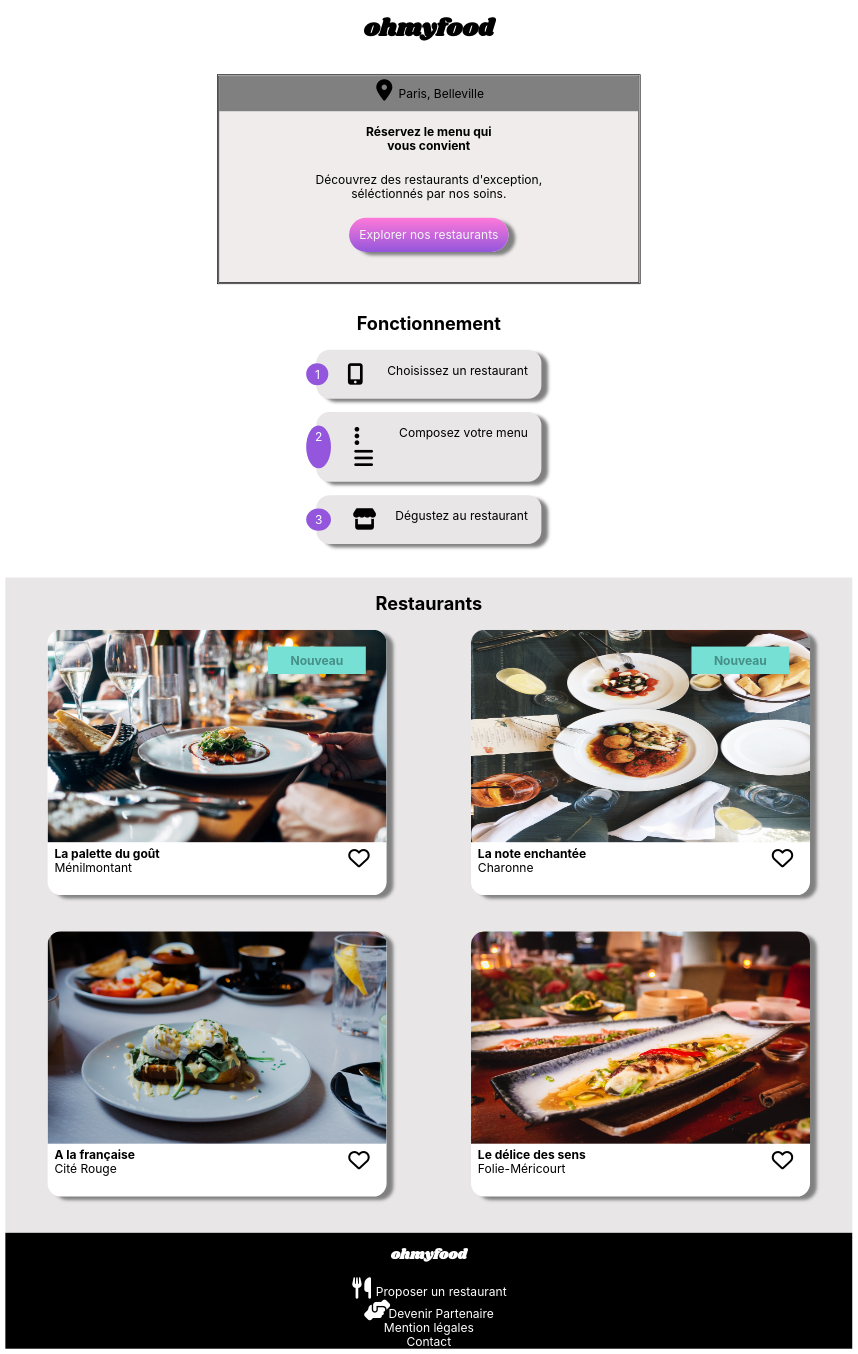
Repository: yacinebouk/ohmyfood
Page: index.html
These files come from the project's save history. The page is drawn as it stood at one moment and after the next save; the edit follows.
The browser window is 1280 px wide. The pictures show the whole page, at 67% of full size.
Some web libraries are served in a nearby version. The style sheet was rebuilt from its Sass, Less or Tailwind sources for each picture, by a compiler version that may differ from the author's.

Above is the page before, as saved 2022-07-07 17:09:32.

### index.html
<!DOCTYPE html>
<html lang="fr">

<head>
    <script src="https://kit.fontawesome.com/225bbe1e2d.js" crossorigin="anonymous"></script>
    <meta charset="utf-8" />
    <title>ohmyfood</title>
    <link rel="stylesheet" href="css/styles.css" />
    <meta name="viewport" content="width=device-width, initial-scale=1">

</head>

<body>
    <div class="hide">
        <div class="loader"></div>
    </div>
    <main>
        <header>
            <h1 class="Tittle">ohmyfood</h1>
            <div class="search">
                <div class="town"> <span><i class="fa-solid fa-location-dot"></i></span> Paris, Belleville</div>
                <div class="reservation"> <b> Réservez le menu qui <br> vous convient</b> </div>
                <div class="discover">Découvrez des restaurants d'exception, <br> séléctionnés par nos soins.</div>
                <div class="explore">
                    <span class="explore-text">Explorer nos restaurants</span>
                </div>
            </div>
        </header>
        <section class="section-working">
            <div class="working">
                <h2>Fonctionnement</h2>
                <div class="choose">
                    <div class="number">1</div>
                    <div class="logo-work"> <i class="fa-solid fa-mobile-screen-button"></i></div>
                    <div class="text-work"> Choisissez un restaurant</div>
                </div>
                <div class="compose">
                    <div class="number">2</div>
                    <div class="logo-work"><i class="fa-solid fa-ellipsis-vertical"><i class="fa-solid fa-bars"></i></i>
                    </div>
                    <div class="text-work"> Composez votre menu</div>
                </div>
                <div class="taste">
                    <div class="number">3</div>
                    <div class="logo-work"><i class="fa-solid fa-store"></i>
                    </div>
                    <div class="text-work"> Dégustez au restaurant</div>
                </div>
            </div>
        </section>
        <section class="section-restaurant">
            <div class="restaurant">
                <h2>Restaurants</h2>
                <div class="block-restaurant">
                    <div class="border-restaurant">
                        <div class="block-picture">
                            <div class="new"><b>Nouveau</b></div>
                            <div class="picture-restaurant"> <img src="./images/restaurants/jay-wennington-N_Y88TWmGwA-unsplash.jpg" style="height:100%;width: 100%" alt="Ohmyfood"></div>
                        </div>
                        <div class="block-text">
                            <div class="text">
                                <a href="./palette.html">
                                    <div class="title-restaurant"><b> La palette du goût</b>
                                    </div>
                                    <div class="place-restaurant"> Ménilmontant</div>
                                </a>
                            </div>
                            <div class="heart">
                                <button>
                                <span class="heart-regular"><i class="fa-regular fa-heart"></i></span>
                                <span class="heart-solid"><i class="fa-solid fa-heart"></i></span>
                                </button>
                            </div>
                        </div>
                    </div>
                    <div class="border-restaurant">
                        <div class="block-picture">
                            <div class="new"><b>Nouveau</b></div>
                            <div class="picture-restaurant"> <img src="./images/restaurants/stil-u2Lp8tXIcjw-unsplash.jpg" style="height:100%;width: 100%" alt="Ohmyfood"></div>
                        </div>
                        <div class="block-text">
                            <div class="text">
                                <a href="./noteenchanté.html">
                                    <div class="title-restaurant"><b> La note enchantée</b>
                                    </div>
                                    <div class="place-restaurant"> Charonne</div>
                                </a>
                            </div>
                            <div class="heart">
                                <span class="heart-regular"><i class="fa-regular fa-heart"></i></span>
                                <span class="heart-solid"><i class="fa-solid fa-heart"></i></span>
                            </div>
                        </div>
                    </div>
                    <div class="border-restaurant">
                        <div class="block-picture">
                            <div class="picture-restaurant"> <img src="./images/restaurants/toa-heftiba-DQKerTsQwi0-unsplash.jpg" style="height:100%;width: 100%" alt="Ohmyfood"></div>
                        </div>
                        <div class="block-text">
                            <div class="text">
                                <a href="./francaise.html">
                                    <div class="title-restaurant"><b>A la française</b>
                                    </div>
                                    <div class="place-restaurant"> Cité Rouge</div>
                                </a>
                            </div>
                            <div class="heart">
                                <span class="heart-regular"><i class="fa-regular fa-heart"></i></span>
                                <span class="heart-solid"><i class="fa-solid fa-heart"></i></span>
                            </div>
                        </div>
                    </div>
                    <div class="border-restaurant">
                        <div class="block-picture">
                            <div class="picture-restaurant"> <img src="./images/restaurants/louis-hansel-shotsoflouis-qNBGVyOCY8Q-unsplash.jpg" style="height:100%;width: 100%" alt="Ohmyfood"></div>
                        </div>
                        <div class="block-text">
                            <div class="text">
                                <a href="./ledélice.html">
                                    <div class="title-restaurant"><b>Le délice des sens</b></div>
                                    <div class="place-restaurant">Folie-Méricourt</div>
                                </a>
                            </div>
                            <div class="heart">
                                <span class="heart-regular"><i class="fa-regular fa-heart"></i></span>
                                <span class="heart-solid"><i class="fa-solid fa-heart"></i></span>
                            </div>
                        </div>
                    </div>
                </div>
            </div>
        </section>
        <footer>
            <div class="frame-end">
                <h3 class="little-tittle">ohmyfood </h3>
                <div class="end">
                    <div class="propose"> <i class="fa-solid fa-utensils"></i> Proposer un restaurant</div>
                    <div class="partner"> <i class="fa-solid fa-handshake-angle"></i> Devenir Partenaire</div>
                    <div class="mention">Mention légales</div>
                    <div class="contact">
                        <a href="mailto:yacineboukhari@hotmail.com">Contact</a></div>
                </div>
            </div>
        </footer>
    </main>
</body>

### style/styles.scss
main {
    font-size: 18px;
    font-family: -apple-system, BlinkMacSystemFont, 'Segoe UI', Roboto, Oxygen, Ubuntu, Cantarell, 'Open Sans', 'Helvetica Neue', sans-serif;
}

@font-face {
    font-family: 'Shrikhand';
    src: url('../language/Shrikhand-Regular.otf');
}

h1 {
    font-family: 'Shrikhand';
}

h3 {
    font-family: 'Shrikhand';
}

h2 {
    text-align: center;
}

header {
    text-align: center;
}

@mixin shadow {
    box-shadow: grey 10px 5px 5px;
}

@mixin block {
    display: flex;
    flex-direction: row;
    justify-content: space-between;
    padding-bottom: 40px;
    @include shadow;
    background-color: rgb(232, 230, 230);
    border-radius: 20px 20px;
    padding: 20px 20px 20px 0px;
    width: 25%;
    margin: auto;
}

.logo-img {
    padding-bottom: 20px;
}

.search {
    border: double;
    margin-left: 25%;
    margin-right: 25%;
    background-color: rgb(240, 236, 236);
    padding-bottom: 20px;
}

.town {
    padding-bottom: 15px;
    border-bottom: lightgray 2px;
    padding-top: 5px;
    background-color: grey;
}

.reservation {
    padding-top: 20px;
    padding-bottom: 30px
}

.discover {
    padding-bottom: 40px;
}

.explore {
    padding-bottom: 40px;
}

.explore span {
    @include shadow;
    background: linear-gradient(#FF79DA, #9356DC);
    border-radius: 50px 50px;
    padding: 15px;
    color: #f6f6f6;
}

.working {
    padding-top: 20px;
    display: flex;
    justify-content: center;
    flex-direction: column;
}

.number {
    border: #9356DC solid;
    border-radius: 50%;
    background-color: #9356DC;
    padding: 3px 10px 3px 10px;
    color: white;
    margin-left: -15px;
}

.choose {
    @include block;
    margin-bottom: 20px;
    &:hover {
        .logo-work {
            color: #9356DC;
        }
        background-color: #d8cee4;
    }
}

.compose {
    @include block;
    margin-bottom: 20px;
    &:hover {
        .logo-work {
            color: #9356DC;
        }
        background-color: #d8cee4;
    }
}

.taste {
    @include block;
    margin-bottom: 50px;
    &:hover {
        .logo-work {
            color: #9356DC;
        }
        background-color: #d8cee4;
    }
}

.section-restaurant {
    display: flex;
    flex-direction: column;
    background-color: rgb(232, 230, 230);
}

h1 {
    text-align: center;
    padding-bottom: 20px;
}

.block-restaurant {
    display: flex;
    flex-wrap: wrap;
    height: 900px;
    width: 100%;
    justify-content: space-around;
}

.border-restaurant {
    width: 40%;
    height: 44%;
    overflow: hidden;
    @include shadow;
    background-color: white;
    border-radius: 20px 20px;
}

.picture-restaurant {
    height: 80%;
}

.text {
    padding-left: 10px;
    display: flex;
    flex-direction: column;
    width: 100%;
}

.text a {
    text-decoration: none black;
    color: black;
}

.block-text {
    display: flex;
    place-items: flex-end;
    justify-content: space-between;
}

//
.heart {
    height: 100%;
    width: 100px;
    margin-bottom: auto;
    min-height: 48px;
    display: flex;
    justify-content: center;
    align-items: center;
    cursor: pointer;
    button {
        width: 100%;
        height: 100%;
        background-color: transparent;
        background-repeat: no-repeat;
        display: flex;
        justify-content: center;
        align-items: center;
        cursor: pointer;
        border: none;
        cursor: pointer;
        overflow: hidden;
        outline: none;
        &:focus {
            .heart-solid {
                animation: 3s colorin;
                display: flex;
            }
            .heart-regular {
                display: none;
            }
        }
    }
}

.heart-solid {
    display: none;
    font-weight: 900;
    background-clip: text;
    -webkit-background-clip: text;
    -moz-background-clip: text;
    background-image: linear-gradient(#9356DC, #FF79DA);
    -webkit-text-fill-color: transparent;
}

i {
    width: 32px;
    height: 32px;
    font-size: 32px;
}

@keyframes colorin {
    0% {
        visibility: hidden;
        opacity: 0;
    }
    100% {
        visibility: visible;
        opacity: 1;
    }
}

//
@keyframes fadeIn {
    0% {
        visibility: visible;
        opacity: 1;
    }
    100% {
        visibility: hidden;
        opacity: 0;
    }
}

.loader {
    border: 10px solid #f3f3f3;
    border-top: 10px solid red;
    border-bottom: 10px solid blue;
    border-radius: 50%;
    width: 100px;
    height: 100px;
    margin: auto;
    position: absolute;
    top: 0;
    left: 0;
    right: 0;
    bottom: 0;
    -webkit-animation: spin 1.5s linear infinite;
    -o-animation: spin 1.5s linear infinite;
    animation: spin 1.5s linear infinite;
}

.hide {
    animation: 2s fadeIn;
    animation-fill-mode: forwards;
}

main {
    animation: 2s fadeOut;
}

@keyframes fadeOut {
    0% {
        visibility: hidden;
        opacity: 0;
    }
    100% {
        visibility: visible;
        opacity: 1;
    }
}

@keyframes fadeIn {
    0% {
        visibility: visible;
        opacity: 1;
    }
    100% {
        visibility: hidden;
        opacity: 0;
    }
}

@keyframes spin {
    0% {
        transform: rotate(0deg);
    }
    100% {
        transform: rotate(360deg);
    }
}

.frame-end {
    text-align: center;
    background-color: black;
    color: white;
    display: flex;
    flex-direction: column;
}

.little-picture {
    height: 20px;
}

.contact a {
    text-decoration: none white;
    color: white;
}

.block-picture {
    position: relative;
    height: 80%;
}

.picture-restaurant {
    height: 100%;
}

.new {
    color: rgb(69, 143, 134);
    background-color: rgb(119, 224, 212);
    width: 25%;
    position: absolute;
    text-align: center;
    margin-left: 65%;
    margin-top: 5%;
    padding: 10px;
}

@media screen and (min-width: 320px) and (max-width: 768px) {
    main {
        font-size: 20px;
    }
    body {
        margin: 0;
        width: 100%;
    }
    header {
        width: 100%;
    }
    .logo-img {
        padding-bottom: 10px;
    }
    .search {
        border: none;
        margin: 0;
        width: 100%;
    }
    .town {
        padding-top: 5px;
        background-color: rgb(216, 214, 214);
        border-bottom: none;
        border-top: solid 2px grey;
    }
    .reservation {
        font-size: 24px;
        padding-bottom: 20px;
    }
    h1 {
        text-align: center;
    }
    h2 {
        text-align: initial;
    }
    h3 {
        margin-left: 20px;
    }
    .working {
        margin-left: 20px;
    }
    .choose {
        margin-left: 0;
        width: 90%;
    }
    .compose {
        margin-left: 0;
        width: 90%;
    }
    .taste {
        margin-left: 0;
        width: 90%;
    }
    .restaurant {
        margin-left: 20px;
    }
    .block-restaurant {
        height: auto;
        justify-content: unset;
    }
    .border-restaurant {
        width: 95%;
        height: 40%;
        margin-bottom: 20px;
    }
    .picture-restaurant {
        height: 200px;
        width: 100%;
    }
    .block-text {
        padding: 10px;
    }
    .frame-end {
        text-align: initial;
    }
    .end {
        display: flex;
        justify-content: space-around;
        flex-direction: column;
        margin-left: 20px;
    }
    .contact {
        padding-bottom: 20px;
    }
}

@media screen and (min-width: 769px) and (max-width: 991px) {
    .choose {
        width: 32%;
        margin-left: 34%;
    }
    .compose {
        width: 32%;
        margin-left: 34%;
    }
    .taste {
        width: 32%;
        margin-left: 34%;
    }
}

After the next save:
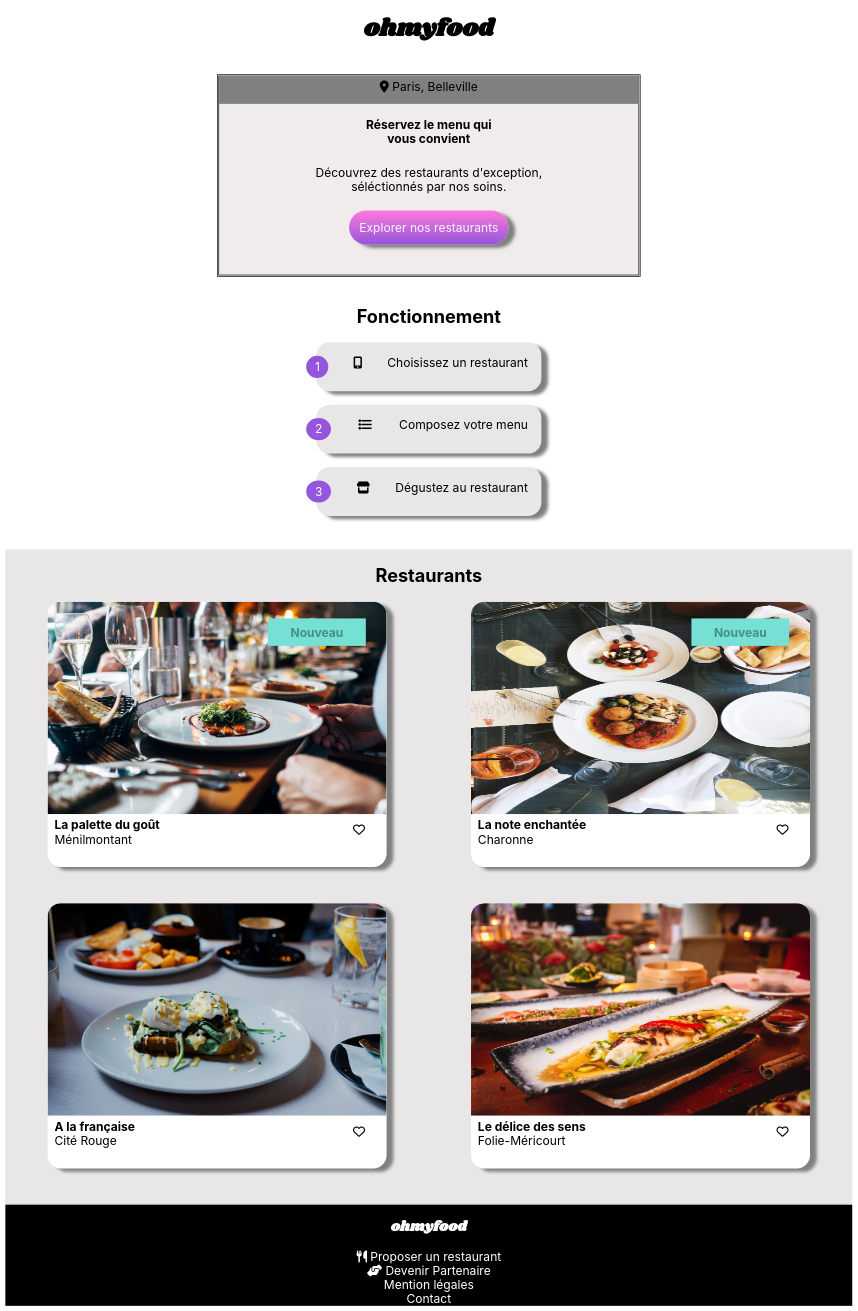
Saved 7 s later.
--- a/style/styles.scss
+++ b/style/styles.scss
@@ -226,9 +226,7 @@ h1 {
 }
 
 i {
-    width: 32px;
-    height: 32px;
-    font-size: 32px;
+    font-size: 18px;
 }
 
 @keyframes colorin {
